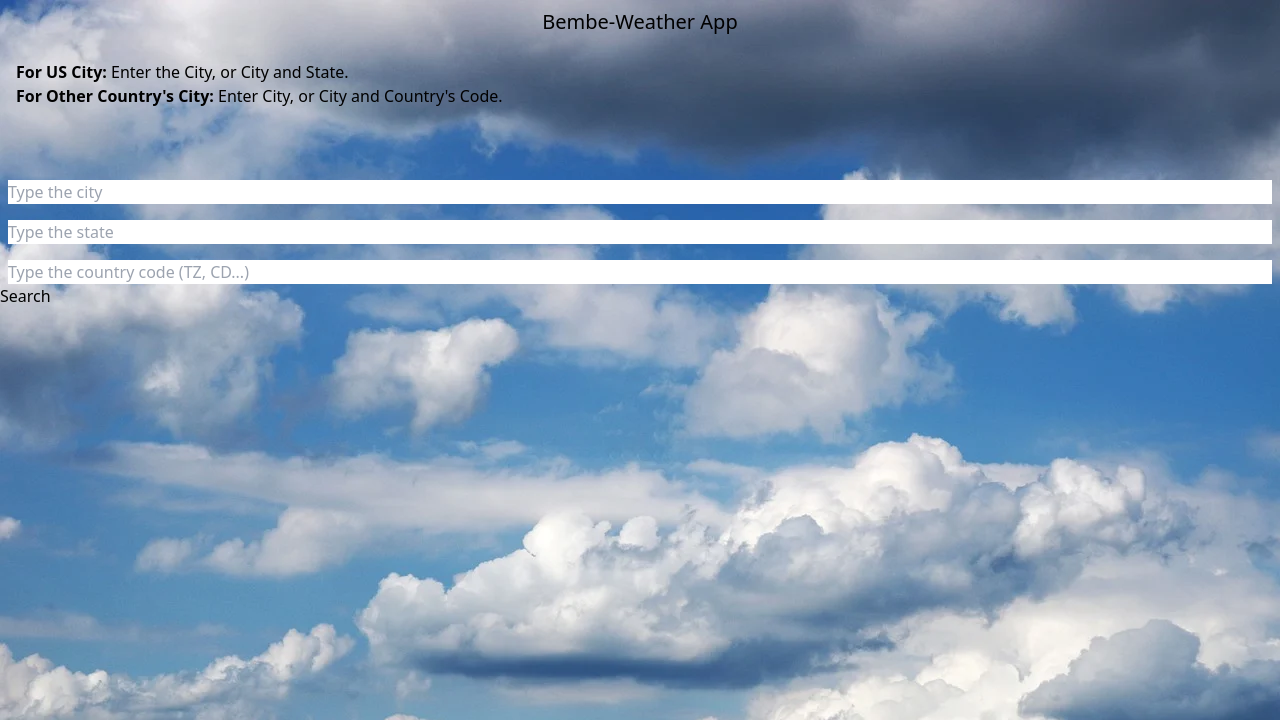
Repository: ShindanoSingi/bembe-weather
Page: /
These files come from the project's save history. The page is drawn as it stood at one moment and after the next save; the edit follows.
The browser window is 1280 px wide. The pictures show the whole page.
The page's requests for data from a server got no answer. The project was rebuilt for these pictures with package versions that can differ from the ones it lists, and the page was loaded fresh each time. No one was signed in, and anything a server would have sent is missing.

Above is the page before, as saved 2022-09-14 03:07:39.

### public/index.html
<!DOCTYPE html>
<html lang="en">

<head>
  <meta charset="utf-8" />
  <link rel="icon" href="%PUBLIC_URL%/favicon.ico" />
  <meta name="viewport" content="width=device-width, initial-scale=1" />
  <meta name="theme-color" content="#000000" />
  <meta name="description" content="Web site created using create-react-app" />
  <link rel="apple-touch-icon" href="%PUBLIC_URL%/logo192.png" />
  <!--
      manifest.json provides metadata used when your web app is installed on a
      user's mobile device or desktop. See https://developers.google.com/web/fundamentals/web-app-manifest/
    -->
  <link rel="manifest" href="%PUBLIC_URL%/manifest.json" />
  <!--
      Notice the use of %PUBLIC_URL% in the tags above.
      It will be replaced with the URL of the `public` folder during the build.
      Only files inside the `public` folder can be referenced from the HTML.

      Unlike "/favicon.ico" or "favicon.ico", "%PUBLIC_URL%/favicon.ico" will
      work correctly both with client-side routing and a non-root public URL.
      Learn how to configure a non-root public URL by running `npm run build`.
    -->
  <title>React Weather</title>
</head>

<body>
  <noscript>You need to enable JavaScript to run this app.</noscript>
  <div id="root"></div>
  <!--
      This HTML file is a template.
      If you open it directly in the browser, you will see an empty page.

      You can add webfonts, meta tags, or analytics to this file.
      The build step will place the bundled scripts into the <body> tag.

      To begin the development, run `npm start` or `yarn start`.
      To create a production bundle, use `npm run build` or `yarn build`.
    -->
</body>

</html>

### src/components/SearchForm.js
import React from "react";

const SearchForm = ({
  city,
  state,
  country,
  handleSubmit,
  handleChangeCity,
  handleChangeState,
  handleChangeCountry,
}) => {
  return (
    <div >
      <form className="form-container" onSubmit={handleSubmit} d-flex>
        <div className="flex flex-col gap-4">
          <input
          className="mx-2 cityInput"
          placeholder="Type the city"
          type="text"
          name="SearchString"
          onChange={handleChangeCity}
          value={city}
          required
        />

        {/* Country input */}
        <input
          className="mx-2 countryInput"
          placeholder="Type the state"
          type="text"
          name="SearchString"
          onChange={handleChangeState}
          value={state}
        />

        {/* Country input */}
        <input
          className="mx-2 countryInput"
          placeholder="Type the country code (TZ, CD...)"
          type="text"
          name="SearchString"
          onChange={handleChangeCountry}
          value={country}
        />
        </div>
        {/* City Input */}


        <button className="submitButton" type="submit">
          Search
        </button>
      </form>
    </div>
  );
};

export default SearchForm;

Loaded but not shown: src/index.js (common file); src/index.css (common file); tailwind.config.js (common file); src/components/weatherPage.js (255 lines, source omitted); src/App.js (116 lines, source omitted); src/App.css (1402 lines, source omitted)

After the next save:
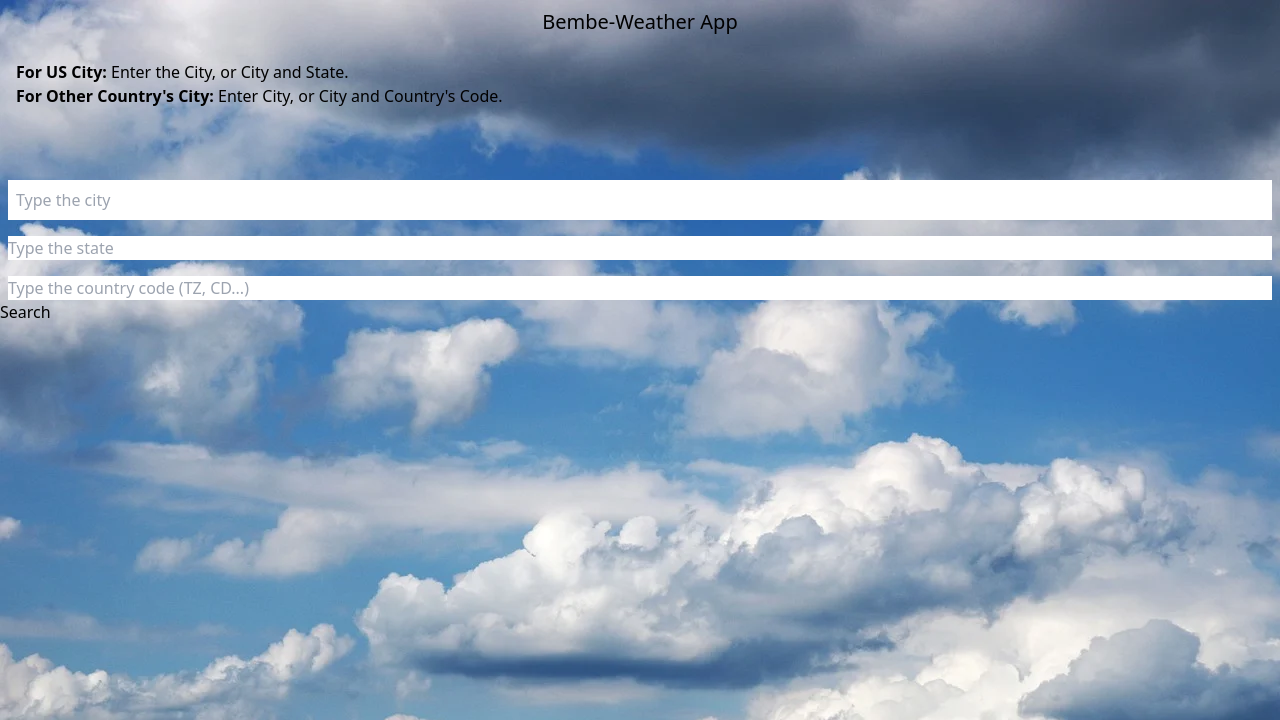
Saved 20 s later.
--- a/src/components/SearchForm.js
+++ b/src/components/SearchForm.js
@@ -14,7 +14,7 @@
       <form className="form-container" onSubmit={handleSubmit} d-flex>
         <div className="flex flex-col gap-4">
           <input
-          className="mx-2 cityInput"
+          className="p-2 mx-2 cityInput"
           placeholder="Type the city"
           type="text"
           name="SearchString"
